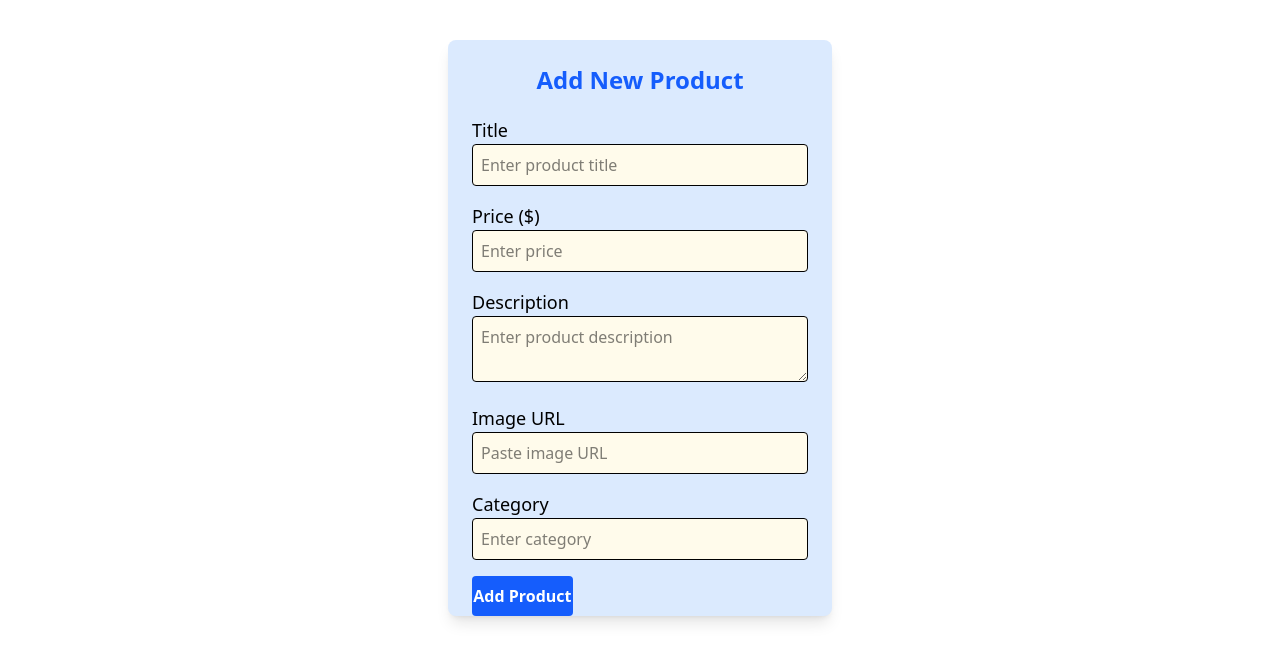
Repository: Habeebur1493/React-App
Page: /add-products
The author's editor kept a copy of each file at every save. The page is drawn from the files as they stood at one save, then again after the next save.
The browser window is 1280 px wide. The pictures show the whole page.
The page's requests for data from a server got no answer. The project was rebuilt for these pictures with package versions that can differ from the ones it lists, and the page was loaded fresh each time. No one was signed in, and anything a server would have sent is missing. Also part of the build but not shown: vite.config.js, src/Components/Login.jsx, src/Components/Nav.jsx, src/Components/Loading.jsx, src/Components/Home.jsx, src/Components/Details.jsx, src/Components/About.jsx, src/Components/Services.jsx and 2 more.

Above is the page before, as saved 2025-02-01 15:22:21.

After the next save:
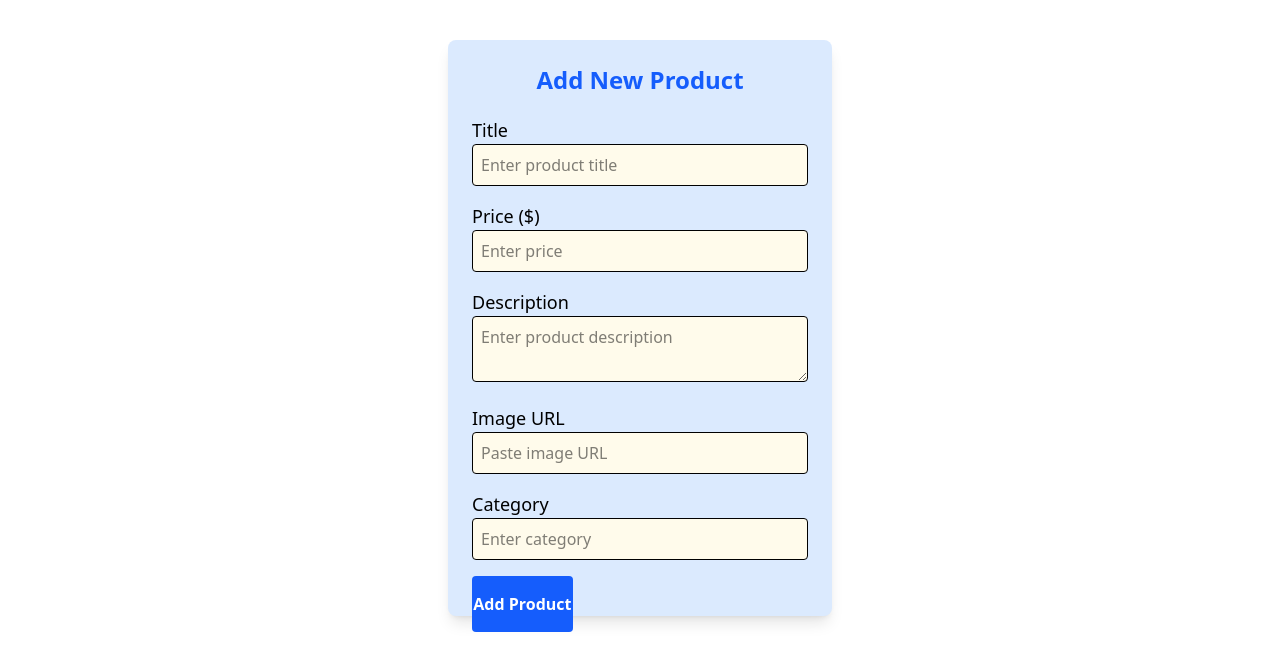
Saved 15 s later.
--- a/src/Components/Addproducts.jsx
+++ b/src/Components/Addproducts.jsx
@@ -124,7 +124,7 @@ const AddProduct = ({ selectedProduct, setSelectedProduct }) => {
 
         <button
           type='submit'
-          className='w-[30%] justify-center  bg-blue-600 hover:bg-blue-700 text-white font-bold py-2 rounded transition'
+          className='w-[30%]   bg-blue-600 hover:bg-blue-700 text-white font-bold py-4 rounded transition'
         >
           {selectedProduct ? "Update Product" : "Add Product"}
         </button>
